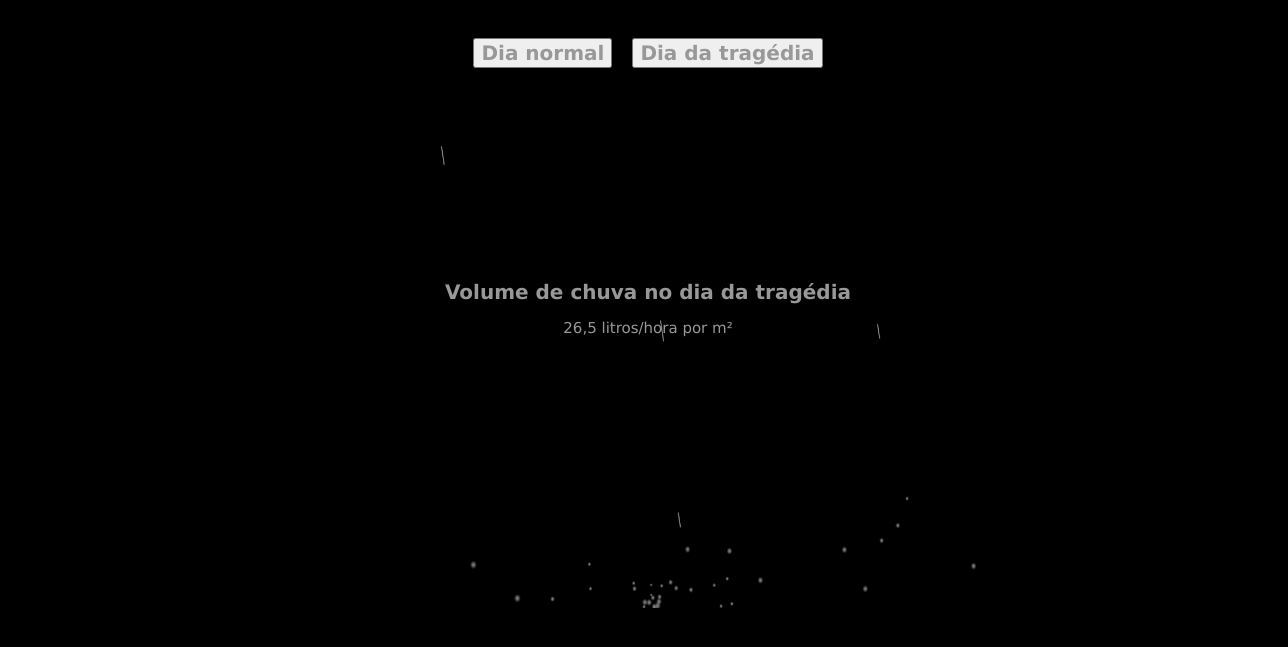
Repository: lucasthaynan/chuvas-estadao
Page: index.html
The author's editor kept a copy of each file at every save. The page is drawn from the files as they stood at one save, then again after the next save.
The browser window is 1280 px wide. The page is 1288 px wide, so the pictures cover 1288 px, including what lies to the right of the window. The pictures show the whole page.

Above is the page before, as saved 2023-02-24 11:53:45.
Console error: ReferenceError: dat is not defined

### index.html
<!DOCTYPE html>
<html lang="en">
<head>
    <meta charset="UTF-8">
    <meta http-equiv="X-UA-Compatible" content="IE=edge">
    <meta name="viewport" content="width=device-width, initial-scale=1.0">
    <link rel="stylesheet" href="./style.css">

    <title>Document</title>
</head>
<body>


    <div>
        <!-- <h1>Texto teste</h1> -->
        <div class="btns">
            <button class="btn-nornal" onclick="clickNormal()">
                <p>Dia normal</p>
            </button>
            <button class="btn-tragedia" onclick="clickTragedia()">
                <p>Dia da tragédia</p>
            </button>
        </div>
    </div>
    <div id="instructions"></div>

        <canvas id="canvas">Canvas is not supported in your browser

        </canvas>

    <div class="text">
        <p class="destaque">Volume de chuva no dia da tragédia</p>
        <p class="volume">26,5 litros/hora por m²</p>
    </div>


    <script src="./main.js"></script>
</body>
</html>

### style.css
/* html {
	position: absolute;
	width: 100%;
	height: 100%;
} */

body {
    background: -moz-linear-gradient(top,  rgb(0, 0, 0) 0%, rgb(0, 0, 0) 100%); /* FF3.6-15 */
    background: linear-gradient(to bottom,  rgb(0, 0, 0) 0%,rgba(0, 0, 0, 0.93) 100%);
    background: -webkit-linear-gradient(top,  rgb(0, 0, 0) 0%,rgb(0, 0, 0) 100%); /* Chrome10-25,Safari5.1-6 */
    /* background: linear-gradient(to bottom,  rgba(8,13,40,1) 0%,rgba(38,19,0,1) 100%); W3C, IE10+, FF16+, Chrome26+, Opera12+, Safari7+ */

    display: flex;
    flex-direction: column;

    width: 710px;
    height: 500px;

    position: relative;
    width: 100%;

}

canvas {
    width: 710px;
    height: 500px;

    left: 50%;

    position: absolute;
    transform: translateX(-50%);

    margin-top: 100px;

}

#instructions {
	opacity: 1;
	transition: opacity 2s;
	background-repeat: no-repeat;
	background-position: center center;
	background-size: contain;
	/* background-image: url(data:[embedded picture, 1818 characters]);
	 */

    width: 710px;
    height: 500px;

    left: 50%;

    position: absolute;
    transform: translateX(-50%);

    margin-top: 200px;

	@media (max-height: 400px) {
		display: none;
	}


}


.text {
    display: flex;
    justify-content: center;
    width: 100vw;
    height: 100%;
    /* align-content: center; */
    align-items: center;
    flex-direction: column;
    flex-wrap: nowrap;
    gap: 15px;
}

p {
    margin: 0;
    font-weight: 800;
    color: #989898;
    font-size: 20px;
    font-family:'Lucida Sans', 'Lucida Sans Regular', 'Lucida Grande', 'Lucida Sans Unicode', Geneva, Verdana, sans-serif;
}

p.volume {
    font-size: 15px;
    font-weight: 500;
}

div.btns {
    display: flex;
    flex-direction: row;
    align-items: center;
    justify-content: center;
    gap: 20px;
    padding-bottom: 40px;
    padding-top: 30px;
}

div.btns > div {
    background-color: #ffffff;
    padding: 7px 10px;
    border-radius: 999px;
}

div.btns > div p {
    font-size: 15px;
    font-weight: 400;
    color: #000000;
}

h1 {
    color: #ffffff;
    left: 50%;

    position: absolute;
    transform: translateX(-50%);
}

### main.js
// Falling rain simulation using 2D canvas
// - vanilla JS, no frameworks
// - framerate independent physics
// - slow-mo / fast-forward support via demo.speed
// - supports high-DPI screens
// - falling rain particles are drawn as vector lines
// - splash particles are lazily pre-rendered so gradients aren't computed each frame
// - all particles make use of object pooling to further boost performance

// initialize


document.addEventListener("DOMContentLoaded", function() {

	demo.init();
	window.addEventListener('resize', demo.resize);


});

// demo namespace
var demo = {
	// CUSTOMIZABLE PROPERTIES
	// - physics speed multiplier: allows slowing down or speeding up simulation
	speed: 1,
	// - color of particles
	color: {
		r: '255',
		g: '255',
		b: '255',
		a: '0.5'
	},

	// END CUSTOMIZATION
	// whether demo is running
	started: false,
	// canvas and associated context references
	canvas: null,
	ctx: null,
	// viewport dimensions (DIPs)
	width: 0,
	height: 0,
	// devicePixelRatio alias (should only be used for rendering, physics shouldn't care)
	dpr: window.devicePixelRatio || 1,
	// time since last drop
	drop_time: 0,
	// ideal time between drops (changed with mouse/finger)
    drop_delay: 156,
	// drop_delay: 156,
	// wind applied to rain (changed with mouse/finger)
    wind: 5,
	// wind: 5,
	// color of rain (set in init)
	rain_color: null,
	rain_color_clear: null,
	// rain particles
	rain: [],
	rain_pool: [],
	// rain droplet (splash) particles
	drops: [],
	drop_pool: []
};

// demo initialization (should only run once)
demo.init = function() {

	if (!demo.started) {

		demo.started = true;
		demo.canvas = document.getElementById('canvas');
		demo.ctx = demo.canvas.getContext('2d');
		var c = demo.color;
		demo.rain_color = 'rgba(' + c.r + ',' + c.g + ',' + c.b + ',' + c.a + ')';
		demo.rain_color_clear = 'rgba(' + c.r + ',' + c.g + ',' + c.b + ',0)';
		demo.resize();
		Ticker.addListener(demo.step);

		//
		const gui = new dat.GUI();
		gui.add(demo, 'speed', 0.2, 2);

		// fade out instructions after a few seconds
		var instructions = document.getElementById('instructions');
		setTimeout(function() {
			instructions.style.opacity = 0;
			setTimeout(function(){
				instructions.parentNode.removeChild(instructions);
			}, 2000);
		}, 4000);
	}
}

// (re)size canvas (clears all particles)
demo.resize = function() {
	// localize common references
	var rain = demo.rain;
	var drops = demo.drops;
	// recycle particles
	for (var i = rain.length - 1; i >= 0; i--) {
			rain.pop().recycle();
	}
	for (var i = drops.length - 1; i >= 0; i--) {
			drops.pop().recycle();
	}
	// resize
	demo.width = window.innerWidth;
	demo.height = window.innerHeight;
	demo.canvas.width = demo.width * demo.dpr;
	demo.canvas.height = demo.height * demo.dpr;
}

demo.step = function(time, lag) {
	// localize common references
	var demo = window.demo;
	var speed = demo.speed;
	var width = demo.width;
	var height = demo.height;
	var wind = demo.wind;
	var rain = demo.rain;
	var rain_pool = demo.rain_pool;
	var drops = demo.drops;
	var drop_pool = demo.drop_pool;

	// multiplier for physics
	var multiplier = speed * lag;

	// spawn drops
	demo.drop_time += time * speed;
	while (demo.drop_time > demo.drop_delay) {
		demo.drop_time -= demo.drop_delay;
		var new_rain = rain_pool.pop() || new Rain();
		new_rain.init();
		var wind_expand = Math.abs(height / new_rain.speed * wind); // expand spawn width as wind increases
		var spawn_x = Math.random() * (width + wind_expand);
		if (wind > 0) spawn_x -= wind_expand;
		new_rain.x = spawn_x;
		rain.push(new_rain);
	}

	// rain physics
	for (var i = rain.length - 1; i >= 0; i--) {
		var r = rain[i];
		r.y += r.speed * r.z * multiplier;
		r.x += r.z * wind * multiplier;
		// remove rain when out of view
		if (r.y > height) {
			// if rain reached bottom of view, show a splash
			r.splash();
		}
		// recycle rain
		if (r.y > height + Rain.height * r.z || (wind < 0 && r.x < wind) || (wind > 0 && r.x > width + wind)) {
			r.recycle();
			rain.splice(i, 1);
		}
	}

	// splash drop physics
	var drop_max_speed = Drop.max_speed;
	for (var i = drops.length - 1; i >= 0; i--) {
		var d = drops[i];
		d.x += d.speed_x * multiplier;
		d.y += d.speed_y * multiplier;
		// apply gravity - magic number 0.3 represents a faked gravity constant
		d.speed_y += 0.3 * multiplier;
		// apply wind (but scale back the force)
		d.speed_x += wind / 25 * multiplier;
		if (d.speed_x < -drop_max_speed) {
			d.speed_x = -drop_max_speed;
		}else if (d.speed_x > drop_max_speed) {
			d.speed_x = drop_max_speed;
		}
		// recycle
		if (d.y > height + d.radius) {
			d.recycle();
			drops.splice(i, 1);
		}
	}

	demo.draw();
}

demo.draw = function() {
	// localize common references
	var demo = window.demo;
	var width = demo.width;
	var height = demo.height;
	var dpr = demo.dpr;
	var rain = demo.rain;
	var drops = demo.drops;
	var ctx = demo.ctx;

	// start fresh
	ctx.clearRect(0, 0, width*dpr, height*dpr);

	// draw rain (trace all paths first, then stroke once)
	ctx.beginPath();
	var rain_height = Rain.height * dpr;
	for (var i = rain.length - 1; i >= 0; i--) {
		var r = rain[i];
		var real_x = r.x * dpr;
		var real_y = r.y * dpr;
		ctx.moveTo(real_x, real_y);
		// magic number 1.5 compensates for lack of trig in drawing angled rain
		ctx.lineTo(real_x - demo.wind * r.z * dpr * 1.5, real_y - rain_height * r.z);
	}
	ctx.lineWidth = Rain.width * dpr;
	ctx.strokeStyle = demo.rain_color;
	ctx.stroke();

	// draw splash drops (just copy pre-rendered canvas)
	for (var i = drops.length - 1; i >= 0; i--) {
		var d = drops[i];
		var real_x = d.x * dpr - d.radius;
		var real_y = d.y * dpr - d.radius;
		ctx.drawImage(d.canvas, real_x, real_y);
	}
}


// Rain definition
function Rain() {
	this.x = 0;
	this.y = 0;
	this.z = 0;
	this.speed = 25;
	this.splashed = false;
}
Rain.width = 2;

// TAMANHO DAS GOSTAS DE CHUVA - 40 = PADRAO
Rain.height = 40;
Rain.prototype.init = function() {
	this.y = Math.random() * -100;

    // VELOCIDADE DE QUEDA DA CHUVA - 0.5 + 0.5 = PADRAO
	this.z = Math.random() * 0.5 + 0.5;
	this.splashed = false;
}
Rain.prototype.recycle = function() {
	demo.rain_pool.push(this);
}
// recycle rain particle and create a burst of droplets
Rain.prototype.splash = function() {
	if (!this.splashed) {
		this.splashed = true;
		var drops = demo.drops;
		var drop_pool = demo.drop_pool;

		for (var i=0; i<16; i++) {
			var drop = drop_pool.pop() || new Drop();
			drops.push(drop);
			drop.init(this.x);
		}
	}
}


// Droplet definition
function Drop() {
	this.x = 0;
	this.y = 0;
	this.radius = Math.round(Math.random() * 4 + 2) * demo.dpr;
	this.speed_x = 0;
	this.speed_y = 0;
	this.canvas = document.createElement('canvas');
	this.ctx = this.canvas.getContext('2d');

	// render once and cache
	var diameter = this.radius * 2;
	this.canvas.width = diameter;
	this.canvas.height = diameter;

	var grd = this.ctx.createRadialGradient(this.radius, this.radius , 1, this.radius, this.radius, this.radius);
	grd.addColorStop(0, demo.rain_color);
	grd.addColorStop(1, demo.rain_color_clear);
	this.ctx.fillStyle = grd;
	this.ctx.fillRect(0, 0, diameter, diameter);
}

// DISPERCAO DOS PINGOS NO CHAO
Drop.max_speed = 10;

Drop.prototype.init = function(x) {
	this.x = x;
	this.y = demo.height;
	var angle = Math.random() * Math.PI - (Math.PI * 0.5);
	var speed = Math.random() * Drop.max_speed;
	this.speed_x = Math.sin(angle) * speed;
	this.speed_y = -Math.cos(angle) * speed;
}
Drop.prototype.recycle = function() {
	demo.drop_pool.push(this);
}




// handle interaction
demo.mouseHandler = function(evt) {
	demo.updateCursor(evt.clientX, evt.clientY);
}
demo.touchHandler = function(evt) {
	evt.preventDefault();
	var touch = evt.touches[0];
	demo.updateCursor(touch.clientX, touch.clientY);
}
demo.updateCursor = function(x, y) {
	x /= demo.width;
	y /= demo.height;
	var y_inverse = (1 - y);

	demo.drop_delay = y_inverse*y_inverse*y_inverse * 100 + 2;
	demo.wind = (x - 0.5) * 50;
}

// document.addEventListener('mousemove', demo.mouseHandler);
// document.addEventListener('touchstart', demo.touchHandler);
// document.addEventListener('touchmove', demo.touchHandler);



// Frame ticker helper module
var Ticker = (function(){
	var PUBLIC_API = {};

	// public
	// will call function reference repeatedly once registered, passing elapsed time and a lag multiplier as parameters
	PUBLIC_API.addListener = function addListener(fn) {
		if (typeof fn !== 'function') throw('Ticker.addListener() requires a function reference passed in.');

		listeners.push(fn);

		// start frame-loop lazily
		if (!started) {
			started = true;
			queueFrame();
		}
	};

	// private
	var started = false;
	var last_timestamp = 0;
	var listeners = [];
	// queue up a new frame (calls frameHandler)
	function queueFrame() {
		if (window.requestAnimationFrame) {
			requestAnimationFrame(frameHandler);
		} else {
			webkitRequestAnimationFrame(frameHandler);
		}
	}
	function frameHandler(timestamp) {
		var frame_time = timestamp - last_timestamp;
		last_timestamp = timestamp;
		// make sure negative time isn't reported (first frame can be whacky)
		if (frame_time < 0) {
			frame_time = 17;
		}
		// - cap minimum framerate to 15fps[~68ms] (assuming 60fps[~17ms] as 'normal')
		else if (frame_time > 68) {
			frame_time = 68;
		}

		// fire custom listeners
		for (var i = 0, len = listeners.length; i < len; i++) {
			listeners[i].call(window, frame_time, frame_time / 16.67);
		}

		// always queue another frame
		queueFrame();
	}

	return PUBLIC_API;
}());

// ATIVANDO BOTOES PARA MUDAR VOLUME DA CHUVA

// window.onload=function() {

// 	let btnNormal = document.querySelector("div.btn-normal")
// 	let btnTragedia = document.querySelector("div.btn-tragedia")

// 	btnNormal.addEventListener("click", e => {
// 		demo.drop_delay = 156
// 		demo.wind = 5
// 		console.log("normal")
// 	})

// 	btnTragedia.addEventListener("click", e => {
// 		demo.drop_delay = 2.5
// 		demo.wind = 15
// 		console.log("tragedia")
// 	})

// }

function clickTragedia(){
	// let btnTragedia = document.querySelector("div.btn-tragedia")

	// btnTragedia.addEventListener("click", e => {
	// 	console.log("tragedia")
		demo.drop_delay = 2.5
		demo.wind = 15
		console.log("tragedia")
	}

function clickNormal(){
	// let btnTragedia = document.querySelector("div.btn-tragedia")

	// btnTragedia.addEventListener("click", e => {
	// 	console.log("tragedia")
		demo.drop_delay = 156
		demo.wind = 5
		console.log("normal")
	}


// let btnNormal = document.querySelector("div.btn-normal")
// 	let btnTragedia = document.querySelector("div.btn-tragedia")

// 	btnNormal.addEventListener("click", e => {
// 		console.log("normal")
// 		demo.drop_delay = 156
// 		demo.wind = 5
// 		console.log("normal")
// 	})

// 	btnTragedia.addEventListener("click", e => {
// 		console.log("tragedia")
// 		demo.drop_delay = 2.5
// 		demo.wind = 15
// 		console.log("tragedia")
// 	})

After the next save:
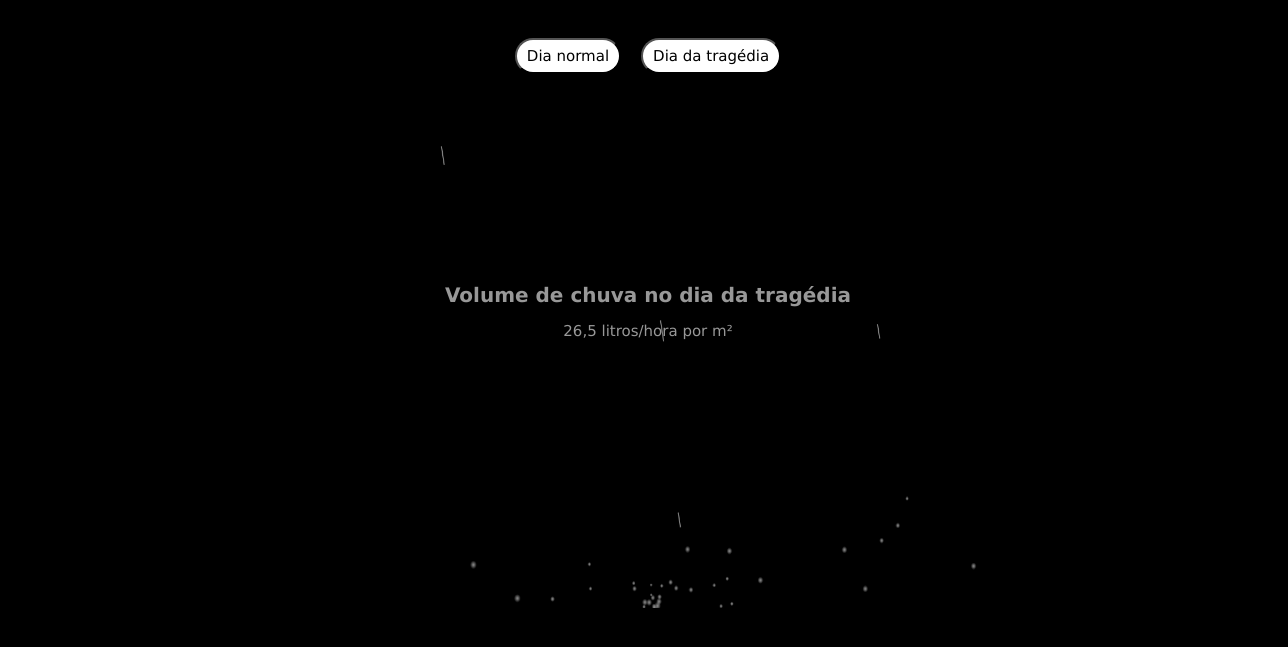
Saved 25 s later.
--- a/style.css
+++ b/style.css
@@ -96,13 +96,13 @@ div.btns {
     padding-top: 30px;
 }
 
-div.btns > div {
+div.btns > button {
     background-color: #ffffff;
     padding: 7px 10px;
     border-radius: 999px;
 }
 
-div.btns > div p {
+div.btns > button p {
     font-size: 15px;
     font-weight: 400;
     color: #000000;
